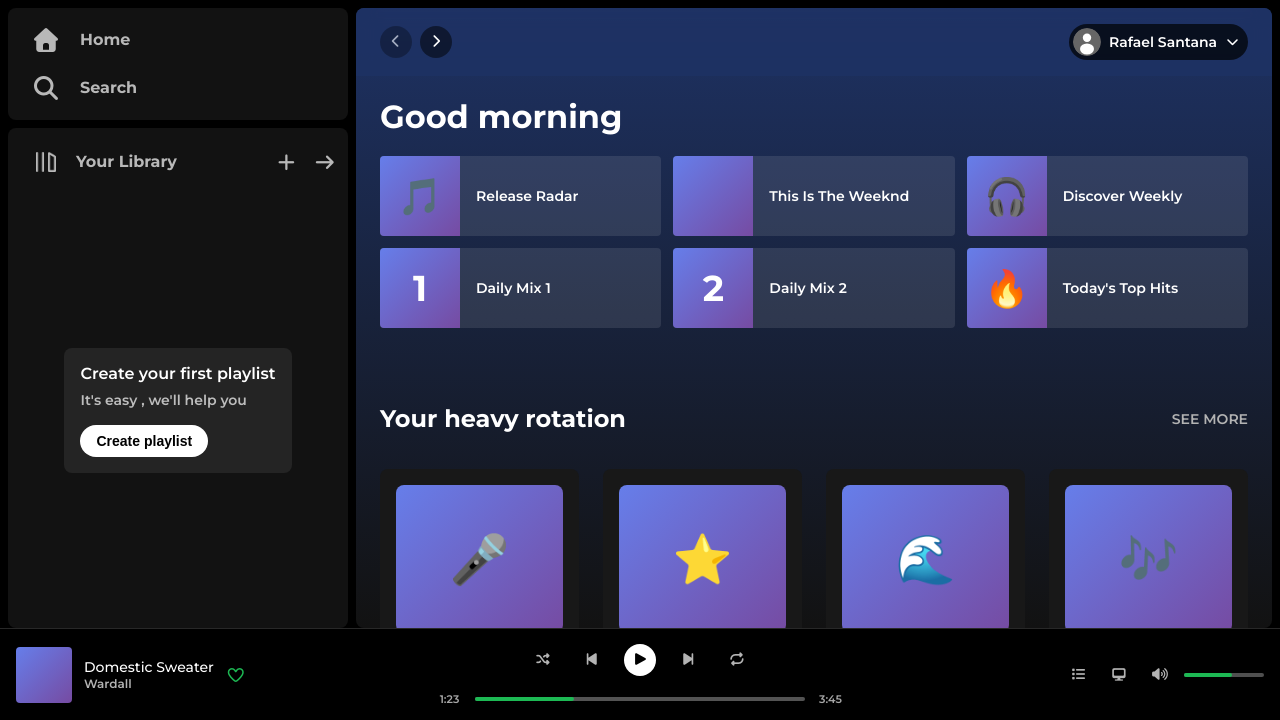
Repository: ketanBisht/spotifyFrontEnd
Page: final.html
The author's editor kept a copy of each file at every save. The page is drawn from the files as they stood at one save, then again after the next save.
The browser window is 1280 px wide. The pictures show the whole page.
An inner scrolling area shows only its first screen. Some web libraries are served in a nearby version.

Above is the page before, as saved 2025-08-26 17:30:49.

After the next save:
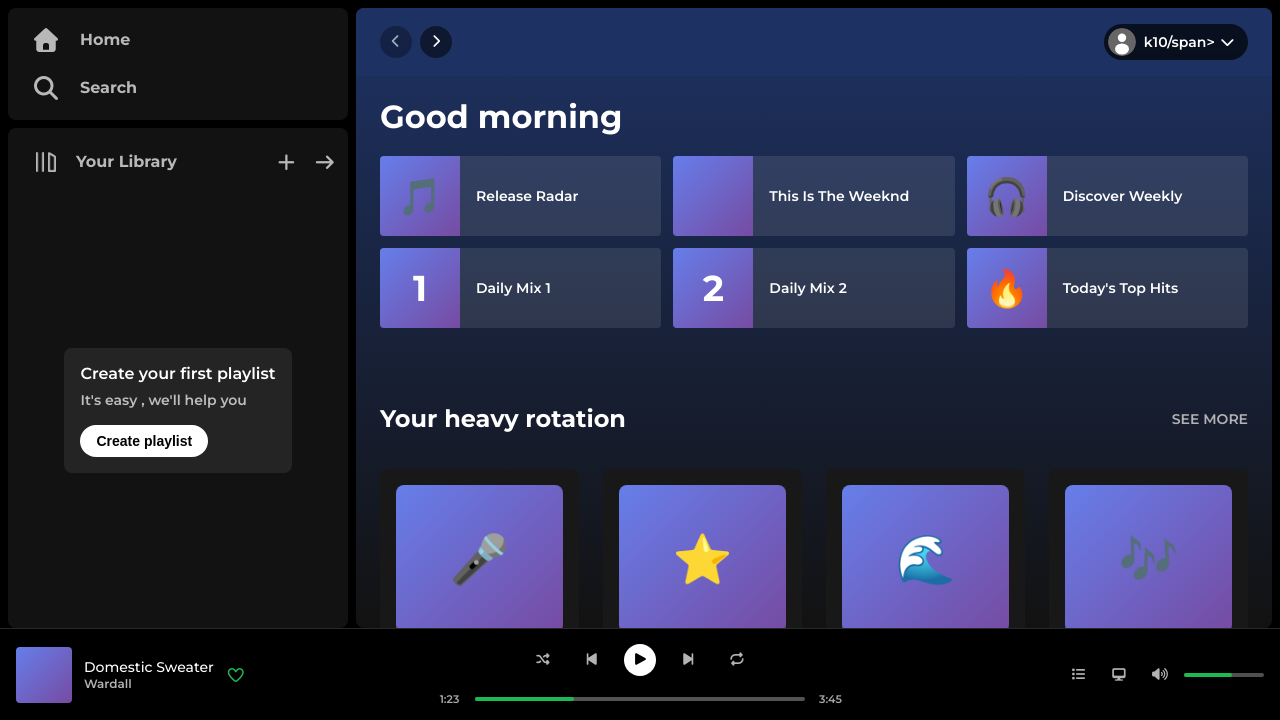
Saved 4 h 18 min later.
--- a/final.html
+++ b/final.html
@@ -793,7 +793,7 @@
                 <div class="user-menu">
                     <div class="user-profile">
                         <div class="profile-image"></div>
-                        <span class="profile-name">Rafael Santana</span>
+                        <span class="profile-name">k10/span>
                         <i class="fa-solid fa-chevron-down"></i>
                     </div>
                 </div>
